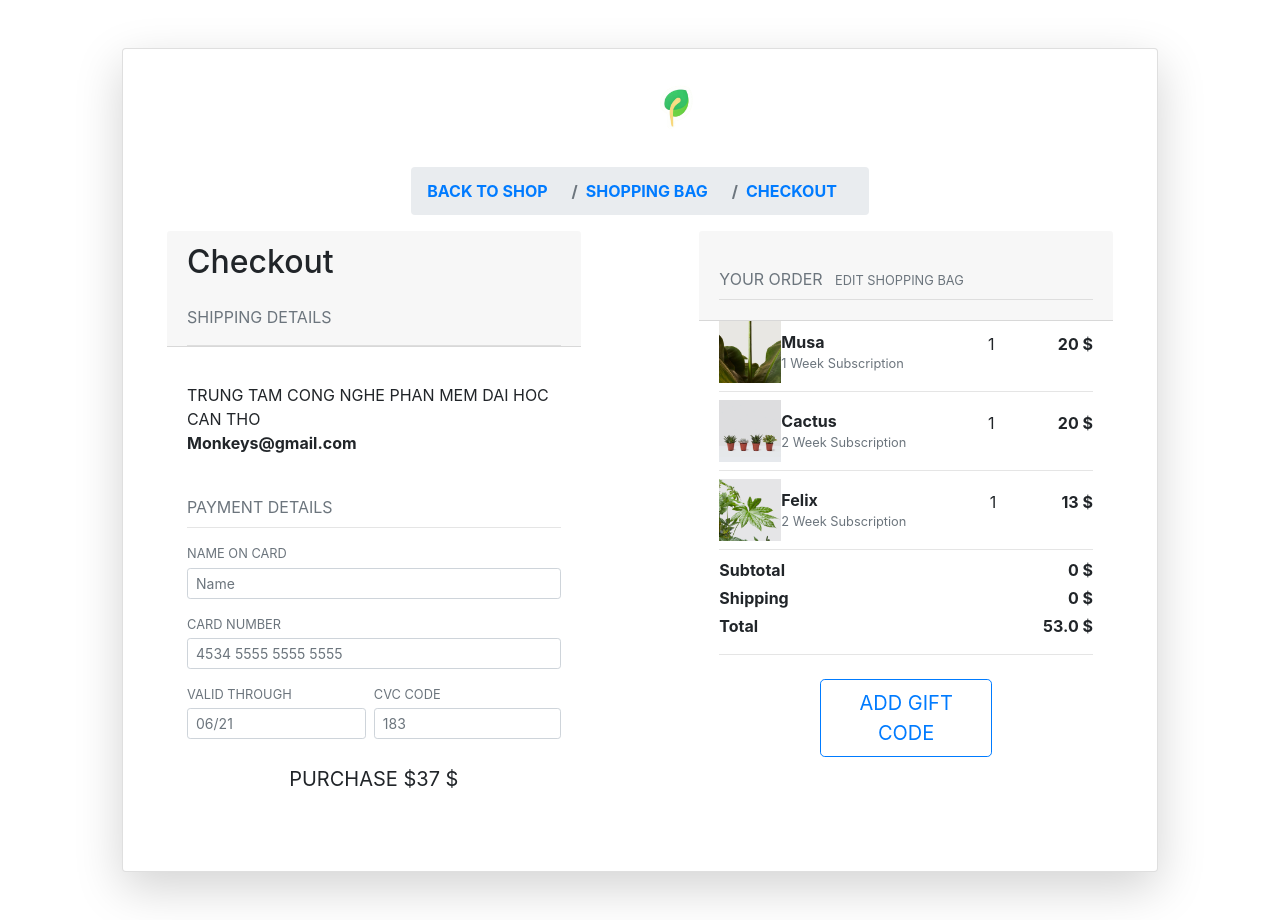
Repository: phamminhkhoa2k4/TechWiz-PlantPalace
Page: views/cart.html
An editor plug-in stored every save of this project. The page is shown before and after the next save, followed by the edit.
The browser window is 1280 px wide. The pictures show the whole page.

Above is the page before, as saved 2023-08-12 18:24:44.

### views/cart.html
<link rel="stylesheet" href="https://stackpath.bootstrapcdn.com/bootstrap/4.3.1/css/bootstrap.min.css">
<style>
     .container-fluid {
        background: var(--ariga);
     }
</style>
<div class=" container-fluid my-5 ">
    <div class="row justify-content-center ">
        <div class="col-xl-10">
            <div class="card shadow-lg ">
                <div class="row p-2 mt-3 justify-content-between mx-sm-2">
                    <div class="col">

                    </div>
                    <div class="col">
                        <div class="row justify-content-start ">
                            <div class="col">
                                <img class="irc_mi img-fluid cursor-pointer " src="../assets/img/logo.jpg"  width="70" height="70" >
                            </div>
                        </div>
                    </div>
                    <div class="col-auto">

                    </div>
                </div>
                <div class="row  mx-auto justify-content-center text-center">
                    <div class="col-12 mt-3 ">
                        <nav aria-label="breadcrumb" class="second ">
                            <ol class="breadcrumb indigo lighten-6 first  ">
                                <li class="breadcrumb-item font-weight-bold "><a class="black-text text-uppercase " href="#"><span class="mr-md-3 mr-1">BACK TO SHOP</span></a><i class="fa fa-angle-double-right " aria-hidden="true"></i></li>
                                <li class="breadcrumb-item font-weight-bold"><a class="black-text text-uppercase" href="#"><span class="mr-md-3 mr-1">SHOPPING BAG</span></a><i class="fa fa-angle-double-right text-uppercase " aria-hidden="true"></i></li>
                                <li class="breadcrumb-item font-weight-bold"><a class="black-text text-uppercase active-2" href="#"><span class="mr-md-3 mr-1">CHECKOUT</span></a></li>
                            </ol>
                        </nav>
                    </div>
                </div>

                <div class="row justify-content-around">
                    <div class="col-md-5">
                        <div class="card border-0">
                            <div class="card-header pb-0">
                                <h2 class="card-title space ">Checkout</h2>
                                <p class="card-text text-muted mt-4  space">SHIPPING DETAILS</p>
                                <hr class="my-0">
                            </div>
                            <div class="card-body">
                                <div class="row justify-content-between">
                                    <div class="col-auto mt-0"><p><b></b></p>TRUNG TAM CONG NGHE PHAN MEM DAI HOC CAN THO</div>
                                    <div class="col-auto"><p><b>Monkeys@gmail.com</b> </p></div>
                                </div>
                                <div class="row mt-4">
                                    <div class="col"><p class="text-muted mb-2">PAYMENT DETAILS</p><hr class="mt-0"></div>
                                </div>
                                <div class="form-group">
                                    <label for="NAME" class="small text-muted mb-1">NAME ON CARD</label>
                                    <input type="text" class="form-control form-control-sm" name="NAME" id="NAME" aria-describedby="helpId" placeholder="Name">
                                </div>
                                <div class="form-group">
                                    <label for="NAME" class="small text-muted mb-1">CARD NUMBER</label>
                                    <input type="text" class="form-control form-control-sm" name="NAME" id="NAME" aria-describedby="helpId" placeholder="4534 5555 5555 5555">
                                </div>
                                <div class="row no-gutters">
                                    <div class="col-sm-6 pr-sm-2">
                                        <div class="form-group">
                                            <label for="NAME" class="small text-muted mb-1">VALID THROUGH</label>
                                            <input type="text" class="form-control form-control-sm" name="NAME" id="NAME" aria-describedby="helpId" placeholder="06/21">
                                        </div>
                                    </div>
                                    <div class="col-sm-6">
                                        <div class="form-group">
                                            <label for="NAME" class="small text-muted mb-1">CVC CODE</label>
                                            <input type="text" class="form-control form-control-sm" name="NAME" id="NAME" aria-describedby="helpId" placeholder="183">
                                        </div>
                                    </div>
                                </div>
                                <div class="row mb-md-5">
                                    <div class="col">
                                        <button type="button" name="" id="" class="btn  btn-lg btn-block ">PURCHASE $37 $</button>
                                    </div>
                                </div>
                            </div>
                        </div>
                    </div>
                    <div class="col-md-5">
                        <div class="card border-0 ">
                            <div class="card-header card-2">
                                <p class="card-text text-muted mt-md-4  mb-2 space">YOUR ORDER <span class=" small text-muted ml-2 cursor-pointer">EDIT SHOPPING BAG</span> </p>
                                <hr class="my-2">
                            </div>
                            <div class="card-body pt-0">
                                <div class="row  justify-content-between">
                                    <div class="col-auto col-md-7">
                                        <div class="media flex-column flex-sm-row">
                                            <img class=" img-fluid" src="../assets/img/zlsjcreqoa3k1zd2zn6m.png" width="62" height="62">
                                            <div class="media-body  my-auto">
                                                <div class="row ">
                                                    <div class="col-auto"><p class="mb-0"><b>Musa</b></p><small class="text-muted">1 Week Subscription</small></div>
                                                </div>
                                            </div>
                                        </div>
                                    </div>
                                    <div class=" pl-0 flex-sm-col col-auto  my-auto"> <p class="boxed-1">1</p></div>
                                    <div class=" pl-0 flex-sm-col col-auto  my-auto "><p><b>20 $</b></p></div>
                                </div>
                                <hr class="my-2">
                                <div class="row  justify-content-between">
                                    <div class="col-auto col-md-7">
                                        <div class="media flex-column flex-sm-row">
                                            <img class=" img-fluid " src="../assets/img/eyezulzs9styxizwxuok.png" width="62" height="62">
                                            <div class="media-body  my-auto">
                                                <div class="row ">
                                                    <div class="col"><p class="mb-0"><b>Cactus</b></p><small class="text-muted">2 Week Subscription</small></div>
                                                </div>
                                            </div>
                                        </div>
                                    </div>
                                    <div class="pl-0 flex-sm-col col-auto  my-auto"> <p class="boxed">1</p></div>
                                    <div class="pl-0 flex-sm-col col-auto my-auto"><p><b>20 $</b></p></div>
                                </div>
                                <hr class="my-2">
                                <div class="row  justify-content-between">
                                    <div class="col-auto col-md-7">
                                        <div class="media flex-column flex-sm-row">
                                            <img class=" img-fluid " src="../assets/img/vsz8hzjwhyc89t35nnul.png" width="62" height="62">
                                            <div class="media-body  my-auto">
                                                <div class="row ">
                                                    <div class="col"><p class="mb-0"><b>Felix</b></p><small class="text-muted">2 Week Subscription</small></div>
                                                </div>
                                            </div>
                                        </div>
                                    </div>
                                    <div class="pl-0 flex-sm-col col-auto  my-auto"> <p class="boxed-1">1</p></div>
                                    <div class="pl-0 flex-sm-col col-auto my-auto"><p><b>13 $</b></p></div>
                                </div>
                                <hr class="my-2">
                                <div class="row ">
                                    <div class="col">
                                        <div class="row justify-content-between">
                                            <div class="col-4"><p class="mb-1"><b>Subtotal</b></p></div>
                                            <div class="flex-sm-col col-auto"><p class="mb-1"><b>0 $</b></p></div>
                                        </div>
                                        <div class="row justify-content-between">
                                            <div class="col"><p class="mb-1"><b>Shipping</b></p></div>
                                            <div class="flex-sm-col col-auto"><p class="mb-1"><b>0 $</b></p></div>
                                        </div>
                                        <div class="row justify-content-between">
                                            <div class="col-4"><p ><b>Total</b></p></div>
                                            <div class="flex-sm-col col-auto"><p  class="mb-1"><b>53.0 $</b></p> </div>
                                        </div><hr class="my-0">
                                    </div>
                                </div>
                                <div class="row mb-5 mt-4 ">
                                    <div class="col-md-7 col-lg-6 mx-auto"><button type="button" class="btn btn-block btn-outline-primary btn-lg">ADD GIFT CODE</button></div>
                                </div>
                            </div>
                        </div>
                    </div>
                </div>
            </div>
        </div>
    </div>
</div>

After the next save:
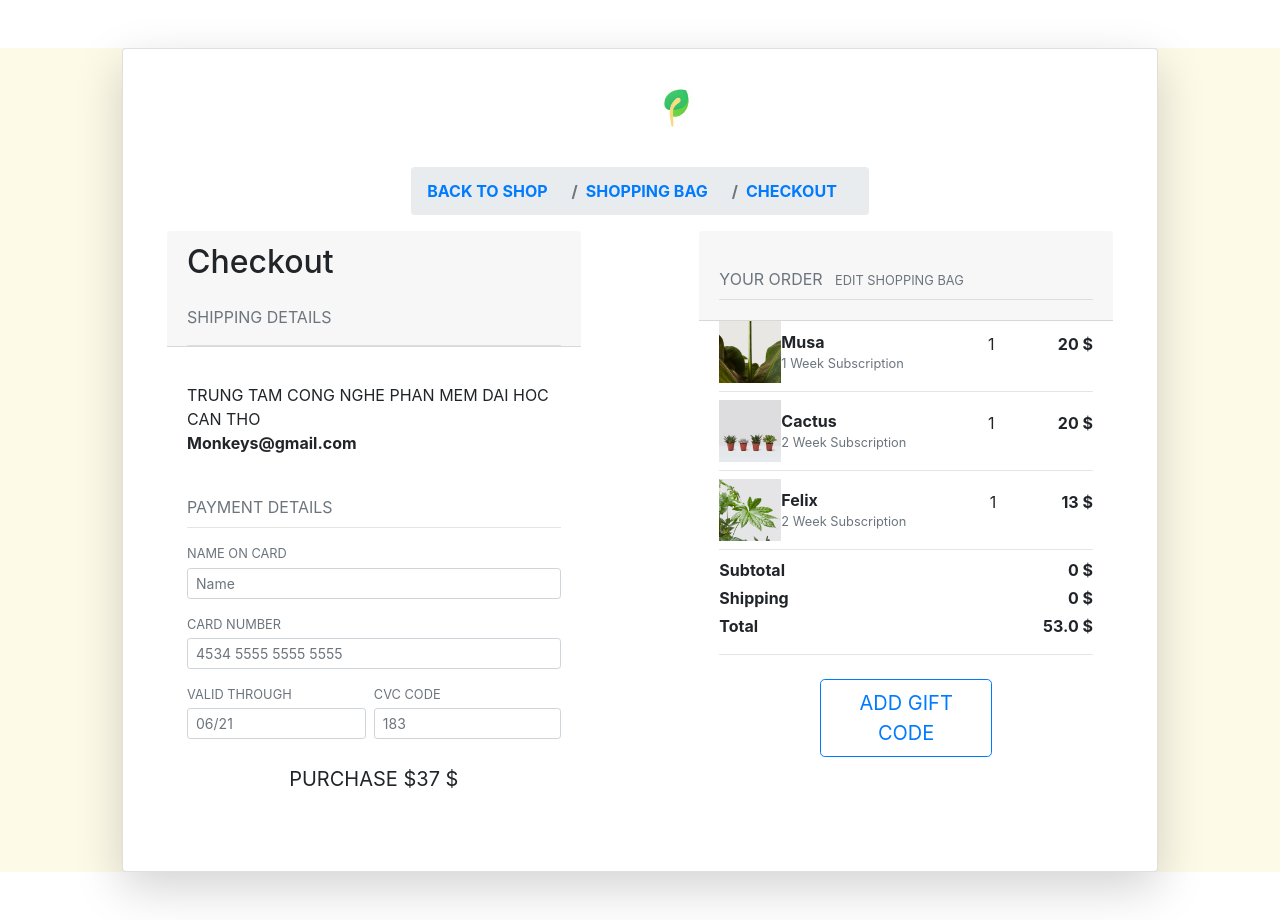
Saved 41 s later.
--- a/views/cart.html
+++ b/views/cart.html
@@ -1,7 +1,7 @@
 <link rel="stylesheet" href="https://stackpath.bootstrapcdn.com/bootstrap/4.3.1/css/bootstrap.min.css">
 <style>
      .container-fluid {
-        background: var(--ariga);
+        background: #fdfae8;
      }
 </style>
 <div class=" container-fluid my-5 ">
